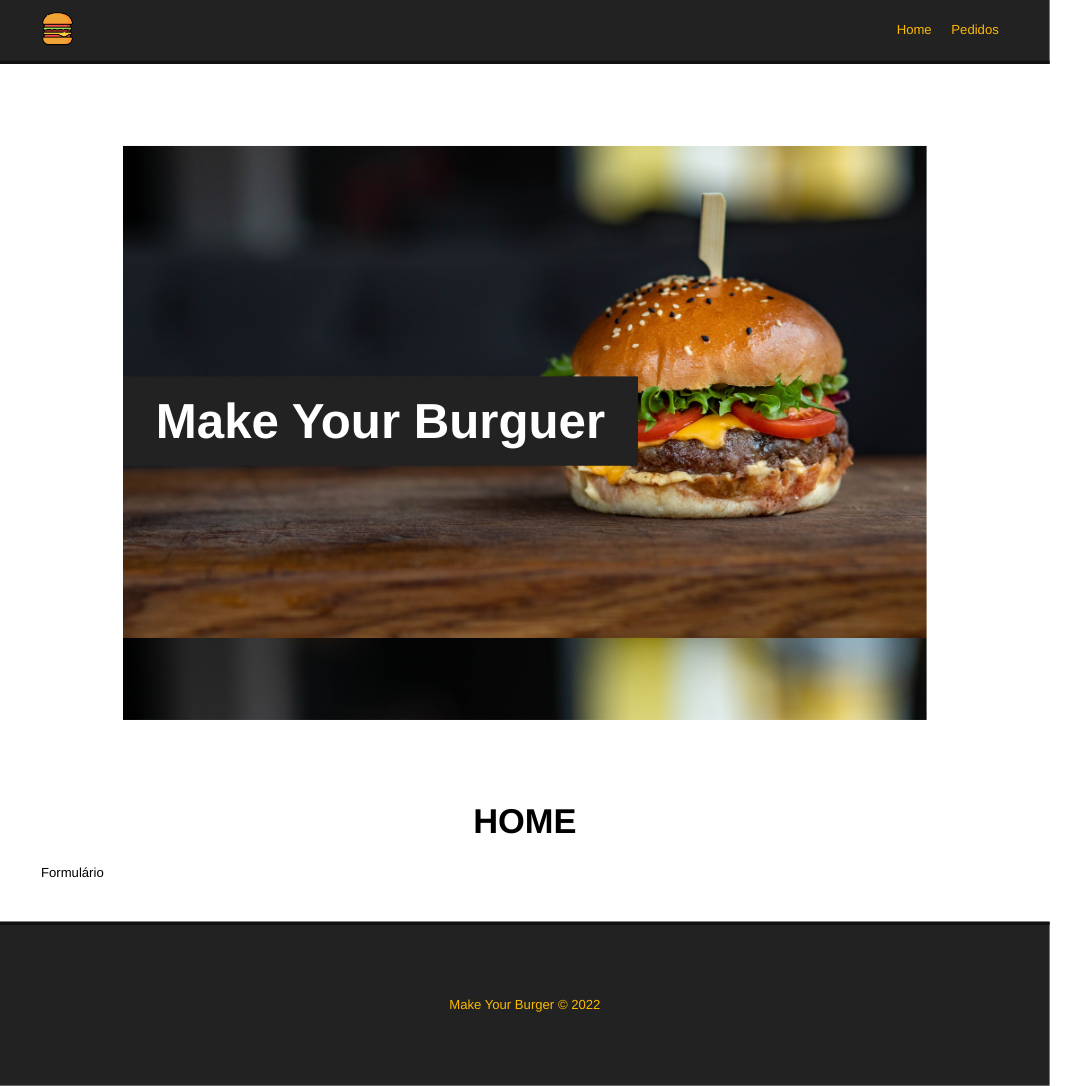
Repository: brunofa23/makeyourburguer
Page: /
An editor plug-in stored every save of this project. The page is shown before and after the next save, followed by the edit.
The browser window is 1280 px wide. The page is 1280 px wide, then 1330 px, so the pictures cover 1330 px, including what lies to the right of the window. The pictures show the whole page, at 82% of full size.
The project was rebuilt for these pictures with package versions that can differ from the ones it lists, and the page was loaded fresh each time. Also part of the build but not shown: vue.config.js.

Above is the page before, as saved 2022-08-09 19:22:06.

After the next save:
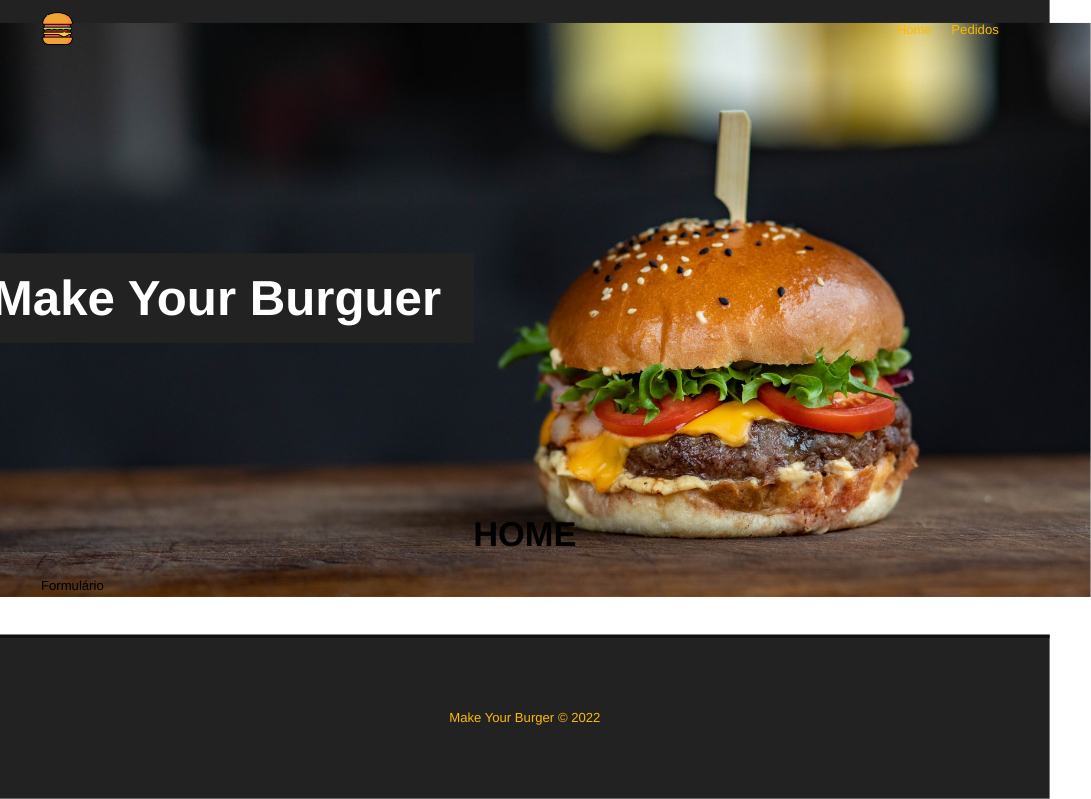
Saved 10 s later.
--- a/src/components/Banner.vue
+++ b/src/components/Banner.vue
@@ -16,7 +16,7 @@ export default {
     background-position: 0 -100px;
     background-size: cover;
     height: 700px;
-    margin: 100px;
+    margin: -100px;
 
     display: flex;
     align-items: center;
